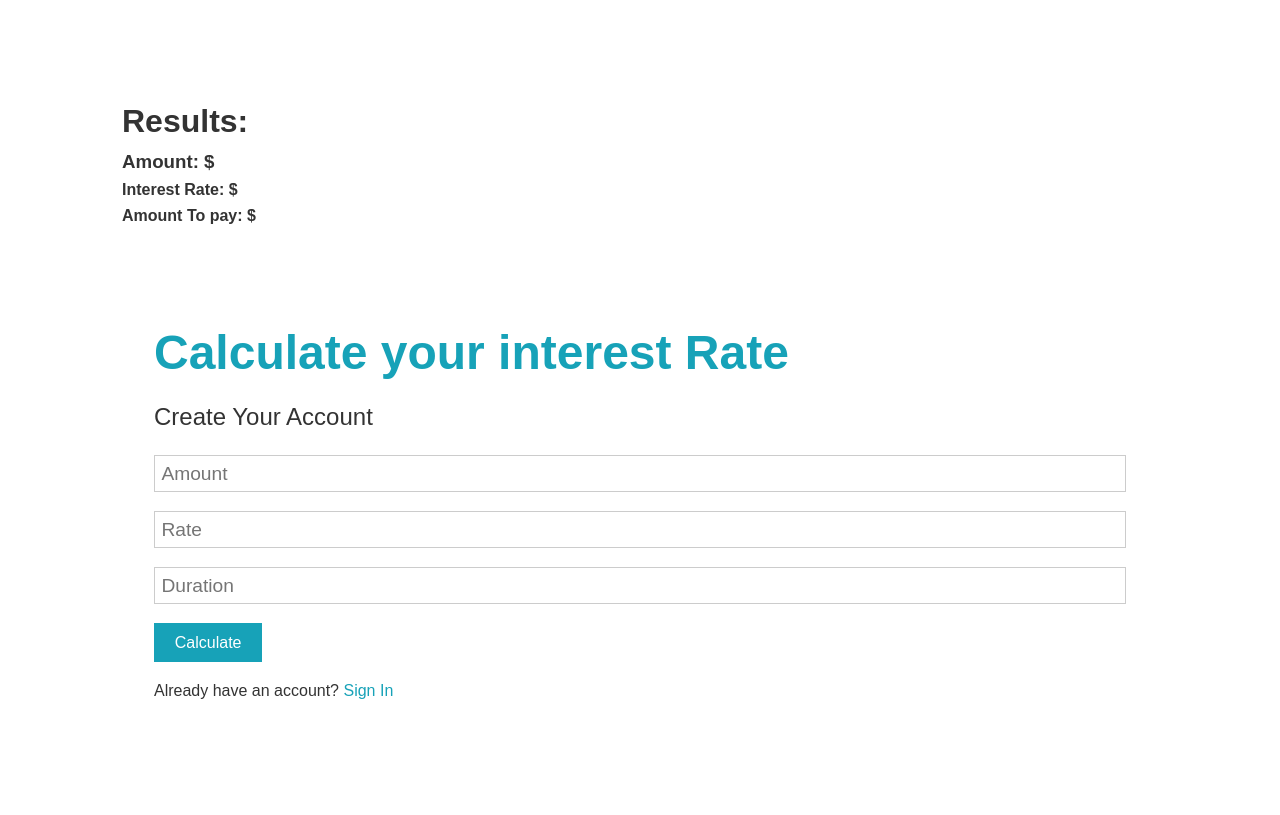
Repository: codding-ideas/loan-calculator
Page: / (app in client/)
An editor plug-in stored every save of this project. The page is shown before and after a run of saves, followed by the edit.
The browser window is 1280 px wide. The pictures show the whole page.
The project was rebuilt for these pictures with package versions that can differ from the ones it lists, and the page was loaded fresh each time.

Above is the page before, as saved 2019-07-09 09:26:27.

After the next 3 saves:
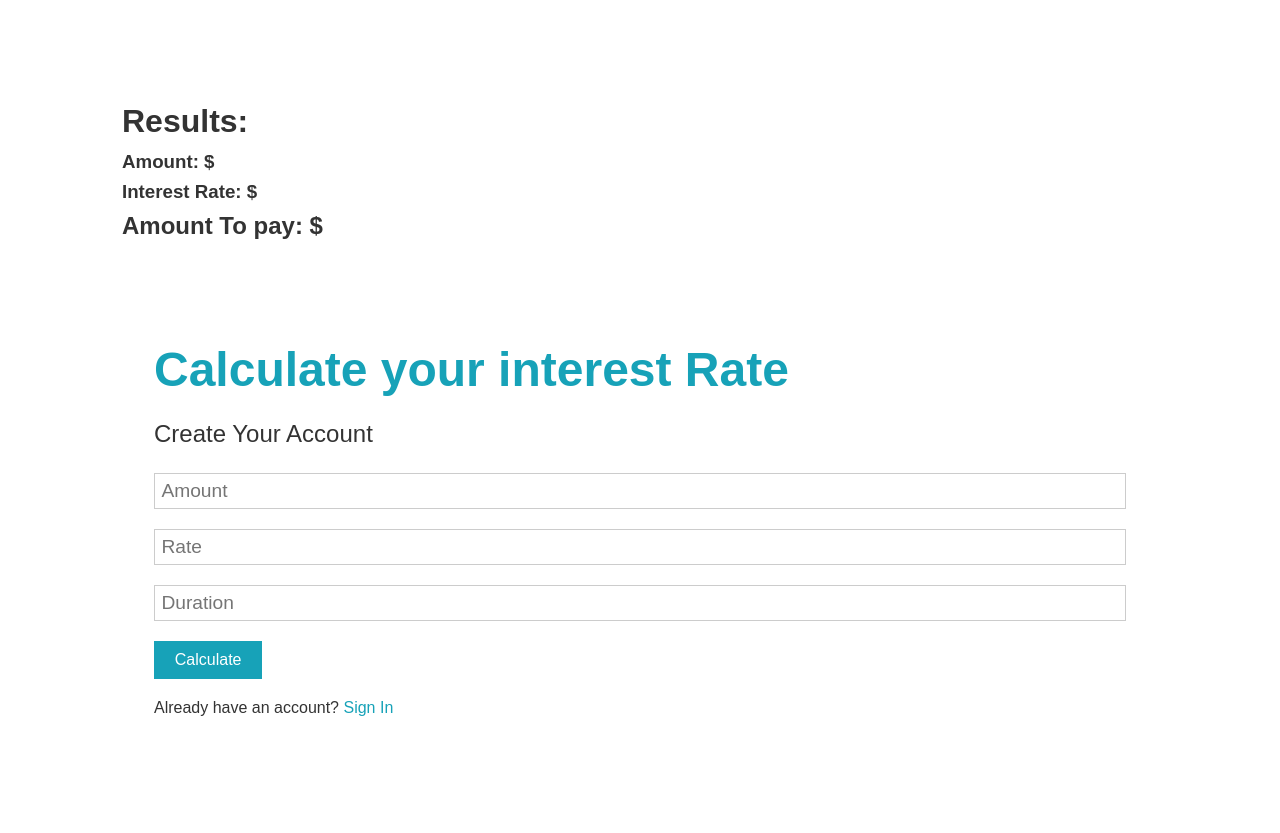
The 3 saves are shown as one change because they came seconds apart.
The last was saved 9 s later.
--- a/client/src/componets/Results.js
+++ b/client/src/componets/Results.js
@@ -7,8 +7,8 @@ const Results = (props) => {
         <div>
             <h1>Results:</h1>
             <h3>Amount: $ {props.loan.amount}</h3>
-            <h4>Interest Rate: ${props.loan.interestRate}</h4>
-            <h4>Amount To pay: ${props.loan. amountToPay}</h4>
+            <h3>Interest Rate: ${props.loan.interestRate}</h3>
+            <h2>Amount To pay: ${props.loan. amountToPay}</h2>
         </div>
     )
 }
